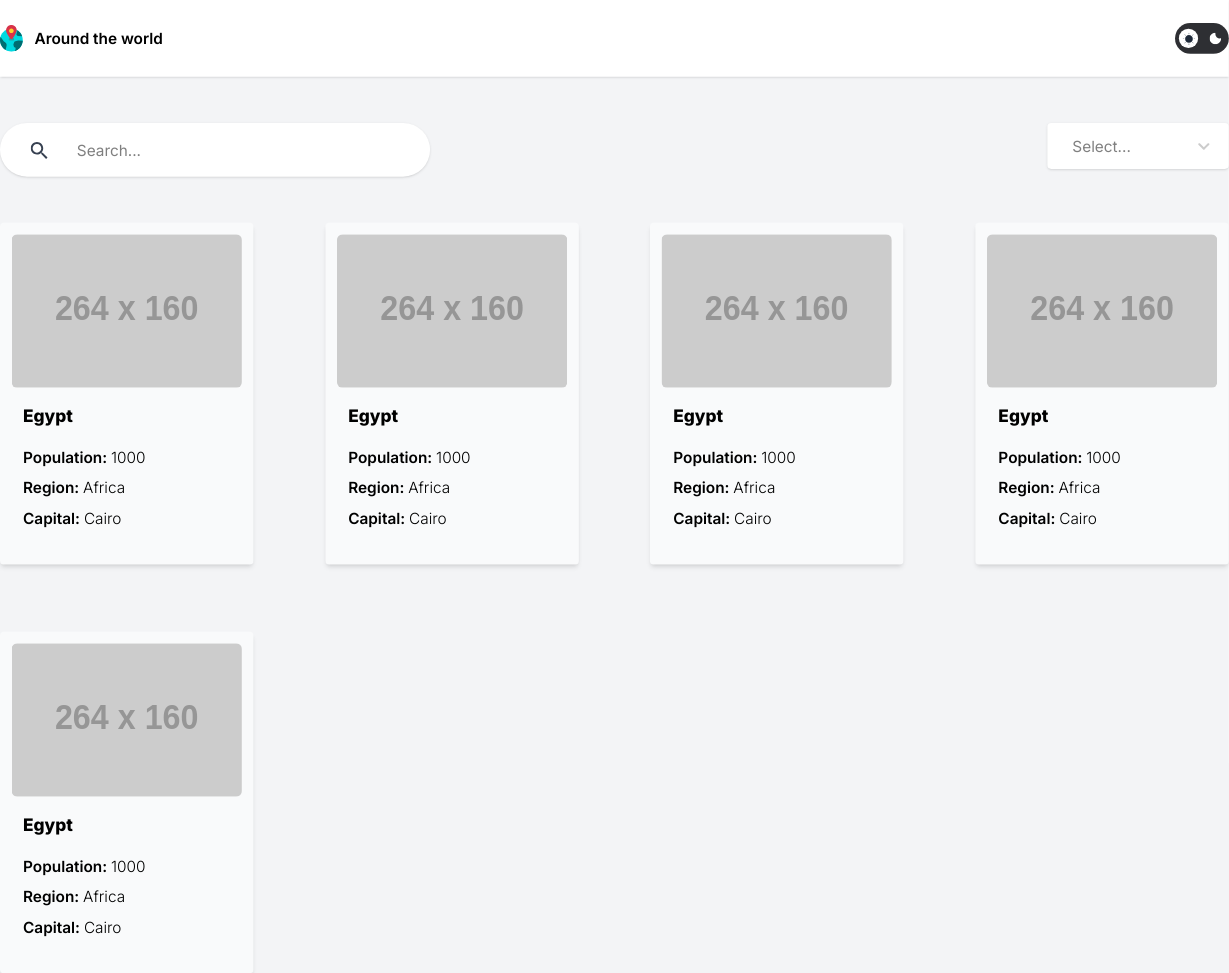
Repository: Baraajad231/Around-the-world
Page: /
These files come from the project's save history. The page is drawn as it stood at one moment and after the next save; the edit follows.
The browser window is 1280 px wide. The pictures show the whole page, at 96% of full size.
The page's requests for data from a server got no answer. The project was rebuilt for these pictures with package versions that can differ from the ones it lists, and the page was loaded fresh each time. No one was signed in, and anything a server would have sent is missing. Also part of the build but not shown: vite.config.js.

Above is the page before, as saved 2026-03-13 16:02:14.

After the next save:
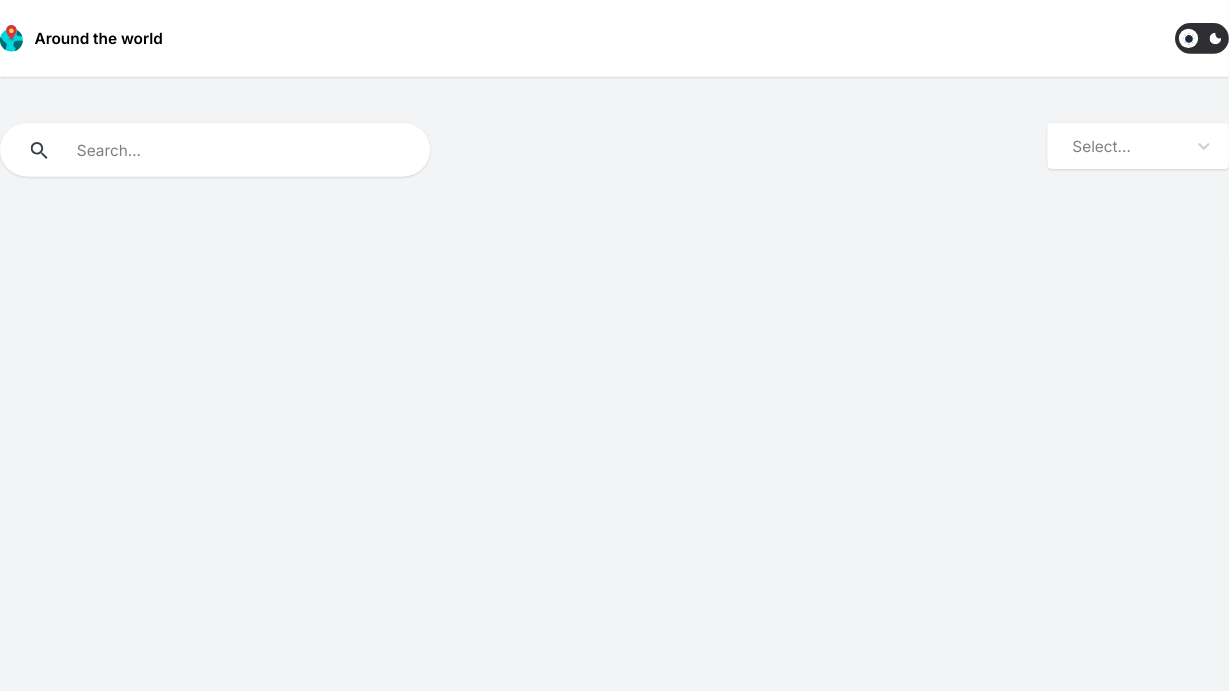
Saved 36 s later.
--- a/src/components/CountryList.jsx
+++ b/src/components/CountryList.jsx
@@ -1,14 +1,9 @@
 import CountryCard from "./CountryCard";
 
 const CountryList = ({ data }) => {
-  data;
   return (
     <div className="mt-8 grid justify-between gap-x-17.5 gap-y-12 md:mt-12 md:grid-cols-[repeat(2,minmax(0,auto))] lg:grid-cols-[repeat(4,minmax(0,auto))] lg:gap-y-17.5">
-      <CountryCard />
-      <CountryCard />
-      <CountryCard />
-      <CountryCard />
-      <CountryCard />
+      {data.map((country) => {})}
     </div>
   );
 };
